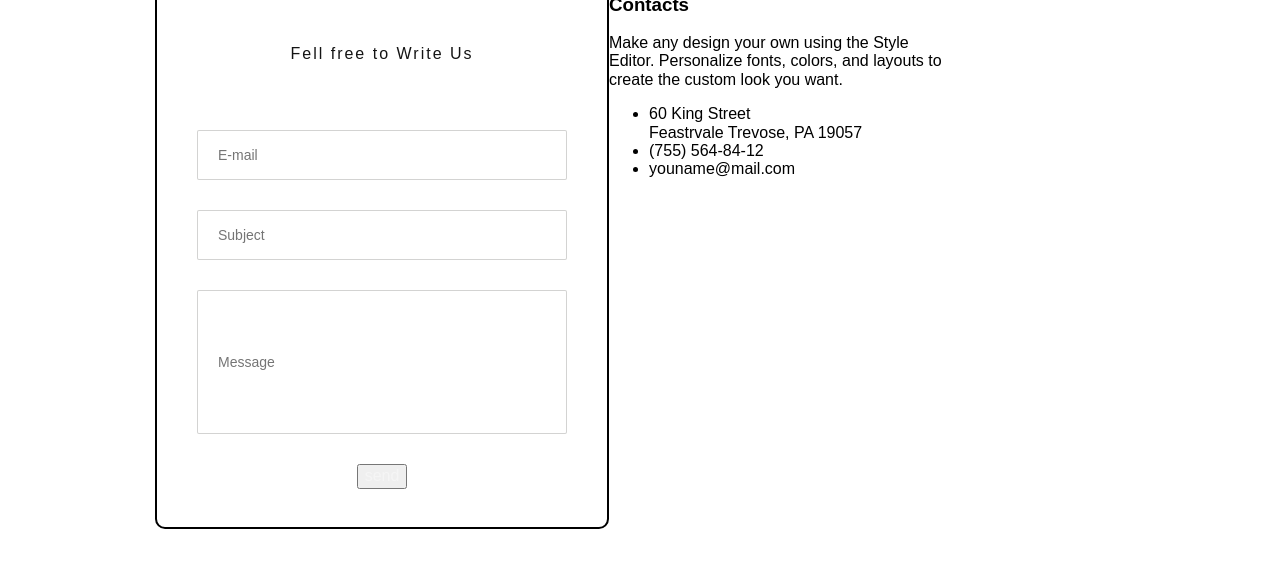
Repository: sogeisetsu/suy-ife
Page: 009-011/index.html
The author's editor kept a copy of each file at every save. The page is drawn from the files as they stood at one save, then again after the next save.
The browser window is 1280 px wide. The pictures show the part of the page from y = 3840 to 4420 px (the page is 4420 px tall).
A picture or video elsewhere on the page could not be fetched, so the positions and the page height are approximate.

Above is the page before, as saved 2019-10-13 02:29:45.

### 009-011/index.html
<!DOCTYPE html>
<html>
    <head>
        <meta name="charset" content="utf-8">
        <meta http-equiv="refresh" content="30">
        <link rel="stylesheet" href="normalize.css" type="text/css">
        <link rel="stylesheet" href="index.css" type="text/css">
    </head>
    <body>
        <div id=head>
            <div class=headback>
                <img src="sucai/head-back.png" alt="头部背景" class="head-image">
                <div class="headbackcolor"></div>
            </div>
            <div class="headfont">
                <h1 class="headfonttittle">Hello World</h1>
                <p class="headfonttext">China is speeding up strategic plan, standards, traffic rules, laws and regulations on  </p>
                <p class="headfonttext">accident-incurred liabilities for its smart car industry, Economic Information Daily </p>
                <p class="headfonttext">reported Thursday.</p>
            </div>
            <div class="headform">
                <h2 class="tittle">Create Your Account</h2>
                <p class="text">It is absolutely free</p>
                <form action="#">
                    <input class="input-field" type="email" name="email" id="email" placeholder="Create your email">
                    <input class="input-field" type="password" name="pws" id="pws" placeholder="Create your password">
                    <input class="sign-up" type="button" value="Sign Up">
                </form>
            </div>
        </div>
        <div id="page2">
            <div class="p2head">
                <p>Boatloads of Awesome</p>
                <h2>Ready-made, customizable, HTML <br>landing page sections</h2>
            </div>
            <div class="p2text">
                <div class="iphone">
                    <img src="sucai/Iphone Icon.png" alt="iphone">
                    <div class="texto">
                    <p class="tittle">Mobile First</p>
                    <p class="text">All modulz are built mobile-first for maximum<br>device compatibil </p>
                    </div>
                </div>
                <div class="check">
                    <img src="sucai/Check Icon.png" alt="check">
                    <div class="texto">
                    <p class="tittle">Accessibility</p>
                    <p class="text">Support for IE8, mobile and tablet devices,<br> screenreaders and color blind</p>
                    </div>
                </div>
                <div class="pencil">
                    <img src="sucai/Pencil Icon.png" alt="pencil">
                    <div class="texto">
                    <p class="tittle">Fluid Typography</p>
                    <p class="text">On different screen sizes, fonts automagically<br> scale with the viewport.</p>
                    </div>
                </div>
                <div class="setting">
                    <img src="sucai/Settings Icon.png" alt="setting">
                    <div class="texto">
                    <p class="tittle">Customization</p>
                    <p class="text">Make any design your own using the Style<br> Editor. Personalize fonts, colors, and layouts to<br> create the custom look you want.</p>
                    </div>
                </div>
            </div>
        </div>
        <div id=page3>
            <div class=page3back>
                <img src="sucai/page3background.png" alt="第三张背景" class="page3-image">
                <!-- <img src="sucai/page3Screen.png" alt="ipad屏幕" class="page3-screen"> -->
                <div class="headbackcolor"></div>
                <img src="sucai/page3Screen.png" alt="ipad屏幕" class="page3-screen">
            </div>
            <div class="page3text">
                <p class="tittle">Supportive policies<br> for China's smart<br> car</p>
                <p class="text">China will come up with its own smart car<br> standards, traffic rules, laws and regulations<br> relating to safety, according to the China<br> Industry Innovation Alliance for the Intelli-<br>gent and Connected Vehicles.</p>
                <input class="CheckoutFeatures" type="button" value="CHECK OUT FEATURES">
                <input class="TryproductforFree" type="button" value="Try product for Free">
            </div>
        </div>
        <div id="page4">
            <h2 class="tittle">Try Our Awesome Products</h2>
            <div class="text">
                <div class="singleton">
                    <img src="sucai/Singleton.png" alt="singleton">
                    <p>Li Jun, a China Academy of Engi-<br>neering academician and also<br> director of the alliance's experts'<br> committee, said that China will<br> also launch design guidance for<br> smart cars, smart map architec-<br>ture and standards for test<br> grounds.</p>
                </div>
                <div class="hero">
                    <img src="sucai/Hero.png" alt="hero">
                    <p>Li said the smart car industry is<br> able to enlarge the current car<br> industry by 1 trillion yuan ($158.15<br> billion) and also able to boost fast<br> development in 5G, internet of<br> cars, big data, artificial intelligence<br> and new-energy vehicles.</p>
                </div>
                <div class="portlaned">
                    <img src="sucai/Portland.png" alt="portland">
                    <p>Zhang Junyi, a partner with NIO<br> Capital, said that the smart car is<br> the trend for the car industry and<br> China's auto sector will usher in a<br> new key development stage with<br> the improvement of infrastructure,<br> technology, policies and laws</p>
                </div>
            </div>
        </div>
        <div id="page5">
            <div class="p5text">
            <div class="tree">
                <img src="sucai/tree.png" alt="树木">
                <div class="tree-text">
                    <h3>Learn How to Improve Your <br>Personal Business</h3>
                    <p>Li Jun, a China Academy of Engineering<br> academician and also director of the<br> alliance's experts' committee, said that<br> China will also launch design guidance<br> for smart cars, smart map architecture<br> and standards for test grounds.</p>
                </div>
            </div>
            <div class="bird">
                <!-- <img src="sucai/bird.png" alt="鸟"> -->
                <div class="bird-text">
                    <h3>Choose Between Two Beautifully<br> Designed Color Schemes.</h3>
                    <p>China will come up with its own smart<br> car standards, traffic rules, laws and reg-<br>ulations relating to safety, according to<br> the China Industry Innovation Alliance<br> for the Intelligent and Connected<br> Vehicles.</p>
                </div>
                <img src="sucai/bird.png" alt="鸟">
            </div>
            </div>
        </div>
        <div id="page6">
            <div class="tittle">
                <h2>Our Awesome Crew</h2>
                <p>Our unique online teaching style makes learning easy for everyone. Whether you<br> are trying to land a new job, brush up on your skills.</p>
            </div>
            <div class="text">
                <div class="one">
                    <img src="sucai/张思远大.png" alt="张思远大.png">
                    <div class="one-des">
                            <h4>Ethan Dutton</h4>
                            <p>Senior Visual Designer</p>
                            <ul class="social-buttons">
                                <li><a href="#" class="icon icon-facebook"></a></li>
                                <li><a href="#" class="icon icon-instagram"></a></li>
                                <li><a href="#" class="icon icon-twitter"></a></li>
                            </ul>
                    </div>
                </div>
                <div class="one">
                    <img src="sucai/ren2.png" alt="ren3">
                    <div class="one-des">
                            <h4>Ethan Dutton</h4>
                            <p>Senior Visual Designer</p>
                            <ul class="social-buttons">
                                <li><a href="#" class="icon icon-facebook"></a></li>
                                <li><a href="#" class="icon icon-instagram"></a></li>
                                <li><a href="#" class="icon icon-twitter"></a></li>
                            </ul>
                    </div>
                </div>
                <div class="one">
                    <img src="sucai/ren3.png" alt="ren3">
                    <div class="one-des">
                            <h4>Ethan Dutton</h4>
                            <p>Senior Visual Designer</p>
                            <ul class="social-buttons">
                                <li><a href="#" class="icon icon-facebook"></a></li>
                                <li><a href="#" class="icon icon-instagram"></a></li>
                                <li><a href="#" class="icon icon-twitter"></a></li>
                            </ul>
                    </div>
                </div>
                <div class="one">
                    <img src="sucai/沈大.png" alt="shenda">
                    <div class="one-des">
                            <h4>Ethan Dutton</h4>
                            <p>Senior Visual Designer</p>
                            <ul class="social-buttons">
                                <li><a href="#" class="icon icon-facebook"></a></li>
                                <li><a href="#" class="icon icon-instagram"></a></li>
                                <li><a href="#" class="icon icon-twitter"></a></li>
                            </ul>
                    </div>
                </div>
            </div>
        </div>
        <div id="page7">
            <div class="page7form">
                <form action="#" class="form">
                <h1>Fell free to Write Us</h1>
                    <input type="email" name="email" class="input-filed" id="email" placeholder="E-mail">
                    <input name="sub" class="input-filed" placeholder="Subject">
                    <input type="text"class="input-fielde" placeholder="Message">
                    <input type="button" class="send" value="send">
                </form>
            </div>
            <div class="p7text">
                <div class="text">
                    <h3>Contacts</h3>
                    <p>Make any design your own using the Style<br> Editor. Personalize fonts, colors, and layouts to<br> create the custom look you want.</p>
                    <ul>
                        <li class="add">60 King Street<br>Feastrvale Trevose, PA 19057  </li>
                        <li class="tel">(755) 564-84-12</li>
                        <li class="email">youname@mail.com</li>
                    </ul>
                </div>
            </div>
        </div>
    </body>
</html>

### 009-011/index.css
html,body{
    margin: 0;
    height: 100%;
    width: 100%;
    /* overflow: hidden; */
}
#head,#page2,#page3,#page7{
    width: 100%;
    height: 605px;
    overflow: hidden;
}
#page6{
    width: 100%;
    height: 900px;
    overflow: hidden;
}
#page5{
    width: 100%;
    height: 700px;
    overflow: hidden;
}

#page4{
    width: 100%;
    height: 400px;
    overflow: hidden;
}
.headback{
    position: relative;
    width: 100%;
    height: 100%;
    z-index: -1;
}
.page3back{
    width: 100%;
    height: 100%;
    z-index: -1;
}
.page3-screen{
    position: relative;
    bottom: 1210px;
    height: 70%;
    display: block;
     margin-top: 100px;
     margin-right: 0%;
     float: right;
}
.headbackcolor{
    background-color: rgba(12, 10, 8, 0.61);
    width: 100%;
    height: 100%;
    position: relative;
    bottom: 605px;
}
.head-image,.page3-image{
    height: 100%;
    width: 100%;
    display: block;
}
.headfont{
    position: relative;
    margin: 0;
    bottom: 605px;
    text-align: center;
}
.headfonttittle,.page3text .tittle{
    margin-top: 130px;
    font-size: 3em;
    color: rgb(245, 245, 245);
    font-weight: 300;
}
.headfonttext,.page3text .text{
    font-weight: 300;
    color: rgba(255, 255, 255, 0.568);
}
.headform{
    position: relative;
    bottom: 605px;
    margin: 40px auto;
    border-style: solid ;
    border-width: 2px;
    border-color: rgba(236, 235, 233, 0.445);
    border-radius: 10px;
    box-sizing: border-box;
    width: 850px;
    display: flex;
    flex-direction: column;
    height: 230px;
}
.headform .tittle{
    color: rgba(252, 249, 246, 0.89);
    text-transform: uppercase;
    font-size: 1em;
    text-align: center;
}
.headform .text{
    color: rgba(252, 249, 246, 0.616);
    text-transform: uppercase;
    font-size: 0.3em;
    text-align: center;
    margin-top: 0;
    font-family: Montserrat-Light;
}
.headform form{
    margin: 40px auto;
}
input{
    color: rgb(245, 245, 245);
}
.headform .input-field{
    width: 292px;
    height: 50px;
    padding: 18px 0 18px 22px;
    margin-right: 30px;
    box-sizing: border-box;
	border-radius: 2px;
	border: solid 1px rgba(255, 255, 255, 0.2);
    background: transparent;
}

.headform .sign-up,.page3text .CheckoutFeatures,.page3text .TryproductforFree{
    color: rgb(0, 0, 0);
    background-color: rgb(245, 245, 245);
    text-align: center;
    border: 0;
    height: 40px;
    width: 130px;
    text-transform: uppercase;
    font-size: 0.8em;
    font-weight: bold;
    border-radius: 2px;
    cursor: pointer;
    outline: none;
}
.page3text .CheckoutFeatures{
    width: 170px;
}
.page3text .TryproductforFree{
    background-color: transparent;
    width: 170px;
    border: solid 1px rgba(255, 255, 255, 0.2);
    color: rgba(245, 245, 245, 0.486);
    font-weight: 400;
    position: relative;
    left: 10px;
}
.headform .sign-up:active{
    border: 0;
    border-color: rgb(245, 245, 245);
    outline: none;
}
.p2head{
    text-align: center;
    margin-top: 90px;
}
.p2head p{
    text-transform: uppercase;
    /* letter-spacing: 0.2em; */
    font-weight: 400;
    font-size: 0.8em;
    margin-bottom: 2em;
}
.p2head h2{
    font-weight: 400;
    letter-spacing: 0.1em;
    line-height: 1.2em;

}
.p2text{
    margin-top: 50px;
    display: flex;
    flex-flow: row wrap;
    margin-left: 20%;
}
.iphone,.check,.pencil,.setting{
    flex: 50%;
    margin-bottom: 60px;
    margin-top: 40px;
    /* overflow: hidden; */
}
.iphone img,.iphone .texto,.check .texto,.check img,.pencil .texto,.pencil img,.setting img,.setting .texto{
    float: left;
}
.iphone .texto,.check .texto,.pencil .texto,.setting .texto{
    position: relative;
    left: 20px;
    bottom: 20px;
    margin: 0;
}
.texto .tittle{
    font-weight: bold;
}
.texto .text{
    font-size: 0.7em;
    color: rgba(0, 0, 0, 0.521);
}
.page3text{
    width: 70%;
    left: 15%;
    bottom: 605px;
    position: relative;
}
.page3text .tittle{
    font-size: 2em;;
}
.page3text .text{
    line-height: 1.5em;
}
#page4 .tittle{
    text-align: center;
    font-weight: 400;
}
#page4 .text{
    display: flex;
    flex-flow: row;
    text-align: center;
    align-items: center;
    justify-content: space-around;
    margin-top: 50px;
    margin-left: 10%;
    margin-right: 10%;
}
.portlaned p,.singleton p,.hero p{
    font-weight: 300;
    line-height: 1.5em;
}
.hero,.portlaned{
    position: relative;
    bottom: 13px;
}
#page5 .tree,#page5 .bird{
    display: flex;
    /* width: 2000px; */
    box-sizing: border-box;
    width: 100%;
    align-items: center;
    justify-content: space-around;
    /* margin-top: 50px;
    margin-left: 10%; */
    position: relative;
    /* bottom: 605px; */
}
#page5 .bird{
    margin-top: 40px;
}
.tree .tree-text{
    position: relative;
    right: 60px;
}
 .bird .bird-text{
     position: relative;
     left: 60px;
 }
.tree .tree-text p,.bird .bird-text p,.tree .tree-text h3,.bird .bird-text h3{
    line-height: 1.5em;
}
.tree .tree-text p,.bird .bird-text p{
    font-weight: 300;
}
/* .tree .tree-text{
    left: 200px;
} */
.p5text{
    margin-left: 5%;
    margin-right: 5%;
}
#page5 img{
    height: auto;
    width: 510px;
}
#page6 .tittle{
    text-align: center;
    margin-bottom: 50px;
}
#page6 .tittle p{
    line-height: 1.5em;
    font-weight: 300;
}
#page6 .text{
    width: 970px;
    margin: 0 auto;
    display: flex;
    flex-wrap: wrap;
    justify-content: space-between;
}
.one{
    width: 470px;
    height: 340px;
    margin-bottom: 30px;
    /* margin-top: px; */
    position: relative;
    box-shadow: 1px 1px 21px 0px rgba(20, 20, 20, 0.1);
	background-color: #b8b8b8;
    border-radius: 2px;
    overflow: hidden;
}
/* .one img,.two img,.there img,.four img{
    height: 200px;
    width: auto;
} */
 .one .one-des{
     background-color: #140b0b69;
     color: aliceblue;
     width: 470px;
     height: 340px;
     position: absolute;
     left: 0;
     top: 340px;
     transition: all 0.5s;
     padding-top: 40px;
 }
 .one:hover .one-des{
     top: 0px;
 }
 .social-buttons{
    width: 213px;
    list-style-type: none;
    margin: 40px auto;
    padding: 0;
    display: flex;
    justify-content: space-between;
}
.icon{
    display: block;
    width: 54px;
    height: 54px;
    background-position: 50% 50%;
    background-repeat: no-repeat;
}
.icon-facebook{
    background-image: url(sucai/Facebook.png);
}
.icon-instagram{
    background-image: url(sucai/Instagram.png);
}
.icon-twitter{
    background-image: url(sucai/Twitter.png);
}
.one-des h4{
    text-align: center;
}
.one-des p{
    text-align: center;
    font-size: 0.7em;
    color: rgba(240, 248, 255, 0.705);
}
#page7{
    width: 970px;
    margin-left: auto;
    margin-right: auto;
    display: flex;
}
.page7form form{
    border: solid 2px;
    width: 450px;
    height:550px;
    /* text-align: center; */
    display: flex;
    flex-direction: column;
    align-items: center;
    border-radius: 10px;
}
.page7form form h1{
    padding: 50px 0;
    font-size: 16px;
	font-weight: inherit;
	line-height: 32px;
	letter-spacing: 2px;
	color: #141414;
}
.page7form form .input-filed{
    box-sizing: border-box;
    padding: 20px;
    margin-bottom: 30px;
    width: 370px;
    height: 50px;
    font-size: 14px;
    color: rgba(20, 20, 20, 0.7);
	border-radius: 2px;
	border: solid 1px rgba(38, 35, 33, 0.2);
}
.page7form form .input-fielde{
    box-sizing: border-box;
    padding: 20px;
    margin-bottom: 30px;
    width: 370px;
    height: 144px;
    font-size: 14px;
    color: rgba(20, 20, 20, 0.7);
    outline: none;
	border-radius: 2px;
	border: solid 1px rgba(38, 35, 33, 0.2);
    resize: none;
}

Loaded but not shown: 009-011/normalize.css (library)

After the next save:
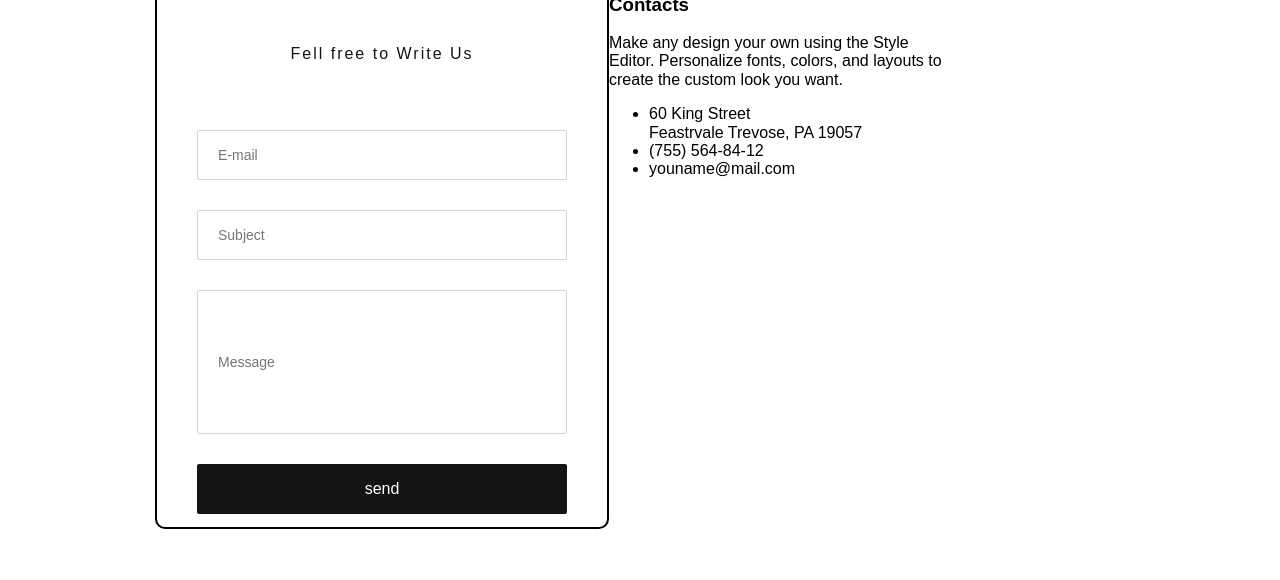
Saved 65 s later.
--- a/009-011/index.css
+++ b/009-011/index.css
@@ -392,3 +392,11 @@ input{
 	border: solid 1px rgba(38, 35, 33, 0.2);
     resize: none;
 }
+.page7form form .send{
+    width: 370px;
+	height: 50px;
+    background-color: #141414;
+    border: none;
+    border-radius: 2px;
+    color: #fff;
+}

After the save that followed:
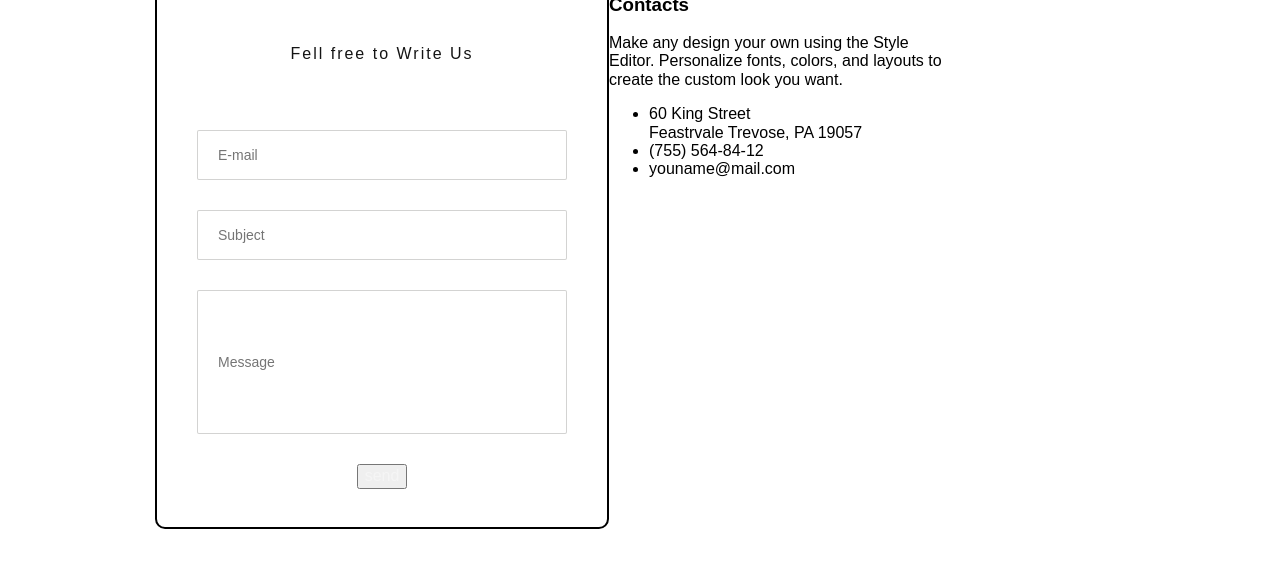
Saved 57 s later.
--- a/009-011/index.html
+++ b/009-011/index.html
@@ -177,7 +177,7 @@
                     <input type="email" name="email" class="input-filed" id="email" placeholder="E-mail">
                     <input name="sub" class="input-filed" placeholder="Subject">
                     <input type="text"class="input-fielde" placeholder="Message">
-                    <input type="button" class="send" value="send">
+                    <input type="button" class="Send" value="send">
                 </form>
             </div>
             <div class="p7text">
